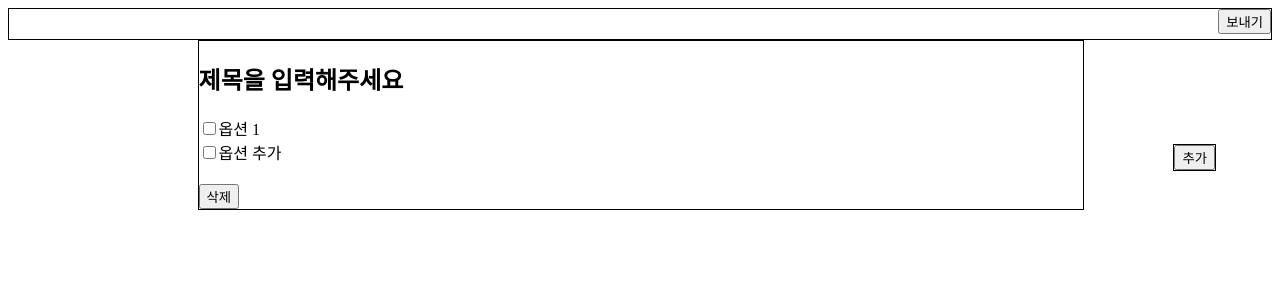
Repository: binigy97/VoteStie
Page: voteWeb/src/main/webapp/index.html
An editor plug-in stored every save of this project. The page is shown before and after the next save, followed by the edit.
The browser window is 1280 px wide. The pictures show the whole page.

Above is the page before, as saved 2022-02-26 20:26:37.

### voteWeb/src/main/webapp/index.html
<!DOCTYPE html>
<html lang="ko">
<head>
<meta charset="UTF-8">
<title>투표 사이트</title>
</head>
<style>
header {
	height: 30px;
	border: 1px solid black;
}
header > a {
	float: right;
}

section {
	width: 70%;
	margin: 0 auto;
}
article {
	border: 1px solid black;
}
section > article {
	width: 100%;
}
body > article {
	position: absolute;
	top: 20%;
	right: 5%;
}
div > label {
	display: block;
	color: black;
}
div > label:last-child {
	margin-bottom: 20px;
}
</style>
<body>
<!-- 헤더 -->
<header>
	<a href="/vote"><button>보내기</button></a>
</header>

<!-- 투표 내용 생성 -->
<section>
	<article>
		<h2>제목을 입력해주세요</h2>
		<div>
			<label><input type="checkbox" name="op1" value="옵션 1">옵션 1</label>
			<label><input type="checkbox" name="add_btn" value="옵션 추가">옵션 추가</label>
		</div>
		<div>
			<button>삭제</button>
		</div>
	</article>
</section>

<!-- 투표지 추가 -->
<article>
	<button>추가</button>
</article>
</body>
</html>

After the next save:
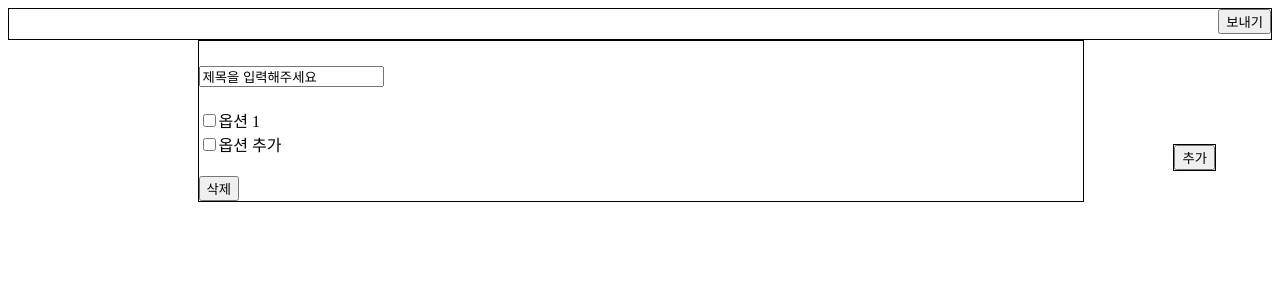
Saved 86 s later.
--- a/voteWeb/src/main/webapp/index.html
+++ b/voteWeb/src/main/webapp/index.html
@@ -45,7 +45,7 @@ div > label:last-child {
 <!-- 투표 내용 생성 -->
 <section>
 	<article>
-		<h2>제목을 입력해주세요</h2>
+		<h2><input type="text" name="title" value="제목을 입력해주세요"></h2>
 		<div>
 			<label><input type="checkbox" name="op1" value="옵션 1">옵션 1</label>
 			<label><input type="checkbox" name="add_btn" value="옵션 추가">옵션 추가</label>
